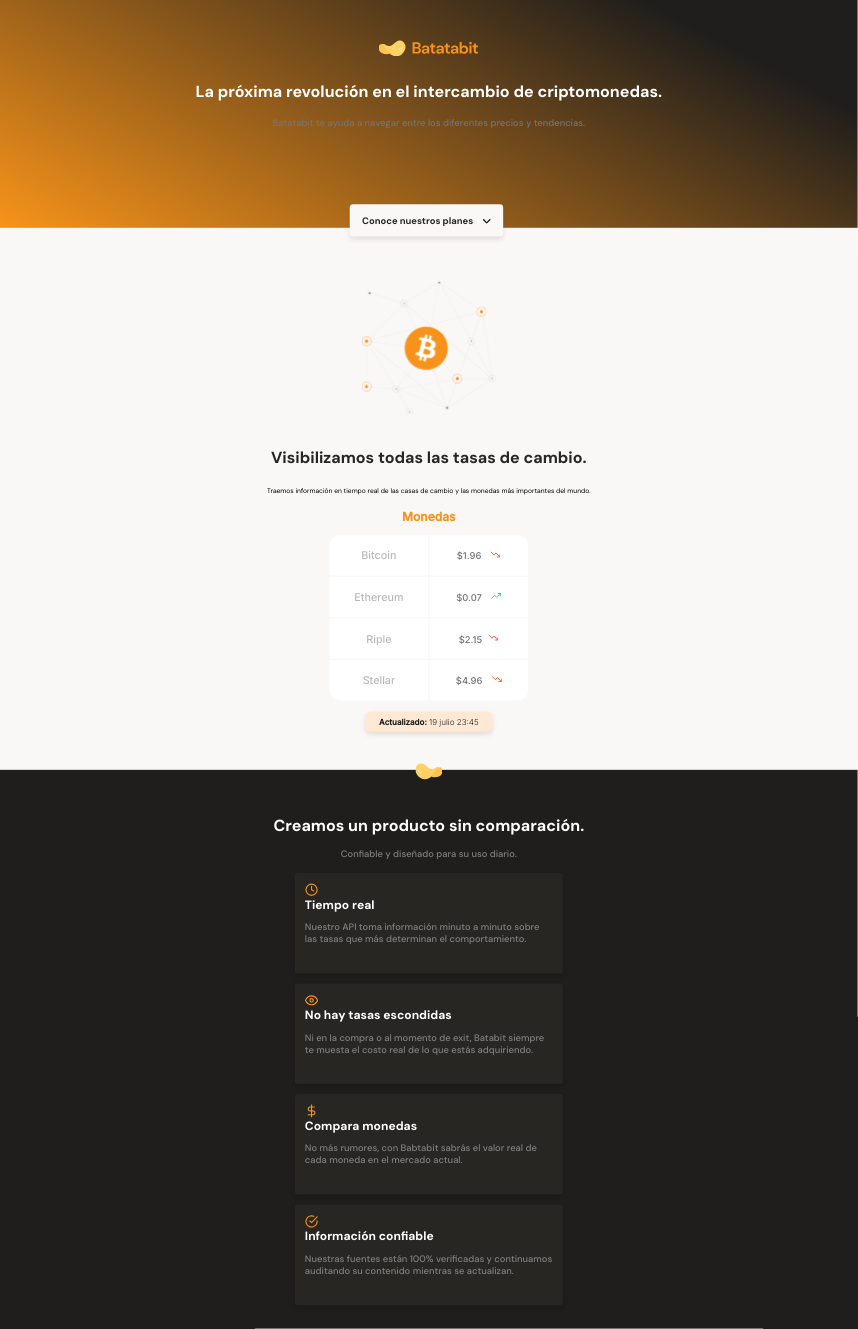
Repository: elto82/mobileFirst
Page: index.html
These files come from the project's save history. The page is drawn as it stood at one moment and after the next save; the edit follows.
The browser window is 1280 px wide. The pictures show the whole page, at 67% of full size.
Some web fonts or font styles are not loaded; a fallback is used.

Above is the page before, as saved 2022-06-08 18:57:42.

### index.html
<!DOCTYPE html>
<html lang="en">
  <head>
    <meta charset="UTF-8" />
    <meta http-equiv="X-UA-Compatible" content="IE=edge" />
    <meta name="viewport" content="width=device-width, initial-scale=1.0" />
    <link rel="preconnect" href="https://fonts.googleapis.com" />
    <link rel="preconnect" href="https://fonts.gstatic.com" crossorigin />
    <link
      href="https://fonts.googleapis.com/css2?family=DM+Sans:wght@400;500;700&family=Inter:wght@300;500&family=Poppins:ital,wght@0,300;1,400;1,600&family=Quicksand:wght@300;500;700&family=Roboto:wght@400;700&family=Rubik+Beastly&display=swap"
      rel="stylesheet"
    />
    <link rel="stylesheet" href="./style.css">
    <title>Document</title>
  </head>
  <body>
    <header>
        <img src="./assets/img/logo.svg" alt="">
        <div class="header-title-container">
            <h1>La próxima revolución en el intercambio de criptomonedas.</h1>
            <p>Batatabit te ayuda a navegar entre los diferentes precios y tendencias.  </p>
            <a href="" class="header-button">Conoce nuestros planes <span></span></a>
        </div>
    </header>
    <main>
      <section class="main-exchange-container">
          <div class="backgroundImg"></div>
          <div class="main-exchange-conintainer--title">
            <h2>Visibilizamos todas las tasas de cambio.</h2>
            <p>Traemos información en tiempo real de las casas de cambio y las monedas más importantes del mundo.</p>
          </div>
          <section class="main-tables-container">
              <div class="main-currency-table">
                <p class="currency-table--title">Monedas</p>
                <div class="currency-table--container">
                  <table>
                    <tr>
                      <td class="table__top-left">Bitcoin</td>
                      <td class="table__top-right table__right" >$1.96 <span class="down"></span></td>
                    </tr>
                    <tr>
                      <td>Ethereum</td>
                      <td class="table__right">$0.07 <span class="up"></span></td>
                    </tr>
                    <tr>
                      <td>Riple</td>
                      <td class="table__right">$2.15<span class="down"></span></td>
                    </tr>
                    <tr>
                      <td class="table__bottom-left">Stellar</td>
                      <td class="table__botton-right table__right">$4.96 <span class="down"></span></td>
                    </tr>
                  </table>
                </div>
                <div class="currency-table--date">
                  <p><b> Actualizado:</b> 19 julio 23:45</p>
                </div>
              </div>
          </section>
      </section>

      <section class="main-product-detail">
        <span class="product-detail--batata-logo"></span>
        <div class="product-detail--title">
          <h2>Creamos un producto sin comparación.</h2>
          <p>Confiable y diseñado para su uso diario.</p>
        </div>
        <section class="product-cards--container">
          <article class="product-detail--card">
            <span class="clock"></span>
            <p class="product--card-title">Tiempo real</p>
            <p class="product--card-body">Nuestro API toma información minuto a minuto sobre las tasas que más determinan el comportamiento.</p>
          </article>
          <article class="product-detail--card">
            <span class="eye"></span>
            <p class="product--card-title">No hay tasas escondidas</p>
            <p class="product--card-body">Ni en la compra o al momento de exit, Batabit siempre te muesta el costo real de lo que estás adquiriendo.</p>
          </article>
          <article class="product-detail--card">
            <span class="money"></span>
            <p class="product--card-title">Compara monedas</p>
            <p class="product--card-body">No más rumores, con Babtabit sabrás el valor real de cada moneda en el mercado actual.</p>
          </article>
          <article class="product-detail--card">
            <span class="ok"></span>
            <p class="product--card-title">Información confiable</p>
            <p class="product--card-body">Nuestras fuentes están 100% verificadas y continuamos auditando su contenido mientras se actualizan.</p>
          </article>
        </section>
      </section>
      <section>

      </section>
      <section></section>
    </main>
    <footer></footer>
  </body>
</html>

### style.css
/*
1. Posicionamiento
2. Modelo de caja (box model)
3. Tipografia
4.Visuales
5. Otros
*/
:root{
    /* colores */
    --bitcoin-orange:#f7931a;
    --soft-orange: #ffe9d5;
    --secondary-blue:#1a9af7;
    --soft-blue: #e7f5ff;
    --warm-black: #201e1c;
    --black:#282623;
    --grey:#bababa;
    --off-white:#faf8f7;
    --just-white:#fff;

}
*{
    box-sizing: border-box;
    margin: 0;
    padding: 0;
}
html{
    font-size: 62.5%;
    font-family: 'DM Sans', sans-serif;;
}
header{
    position: relative;
    display: flex;
    flex-direction: column;
    justify-content: center;
    width: 100%;
    min-width: 32rem;
    height: 34rem;
    text-align: center;
    background: linear-gradient(207.8deg, #201e1c 16.69%, #f7931a 100%);
}
header img{
    width: 15rem;
    height: 2.4rem;
    margin-top: 6rem;
    align-self: center;
}
.header-title-container{
    width: 90%;
    min-width: 28.8rem;
    max-width: 90rem;
    height: 21.8rem;
    margin-top: 4rem;
    text-align: center;
    align-self: center;
}
.header-title-container h1{
    font-size: 2.4rem;
    font-weight: bold;
    line-height: 2.6rem;
    color: var(--just-white);
}
.header-title-container p{
    margin-top: 2.5rem;
    font-size: 1.4rem;
    font-weight: 500;
    line-height: 1.8rem;
    color: var(--soft-orange);
}
.header-title-container .header-button{
    position: absolute;
    left: calc(50% - 11.8rem);
    top: 27rem;
    display: block;
    margin-top: 3.5rem;
    padding: 1.5rem;
    width: 22.9rem;
    height: 4.8rem;
    background-color: var(--off-white);
    box-shadow: 0px 4px 8px rgba(89, 73, 30, 0.16);
    border: none;
    border-radius: 0.5rem;
    font-size: 1.4rem;
    font-weight: bold;
    text-decoration: none;
    color: var(--black);
}
.header-button span{
    display: inline-block;
    width: 1.3rem;
    height: 0.8rem;
    margin-left: 1rem;
    background-image: url('./assets/icons/down-arrow.svg');
}
main{
    width: 100%;
    height: auto;
    background-color: var(--off-white);
}
.main-exchange-container{
    width: 100%;
    height: auto;
    padding-top: 8rem;
    padding-bottom: 3rem;
    text-align: center;
}
.main-exchange-conintainer--title{
    width: 90%;
    min-width: 28.8rem;
    max-width: 90rem;
    margin: 0 auto;
}
.main-exchange-container .backgroundImg{
    width: 20rem;
    height: 20rem;
    margin: 0 auto;
    margin-bottom: 5rem;
    background-image: url('./assets/img/Bitcoin.svg');
    background-size: cover;
    background-position: center;
    background-repeat: no-repeat;
}
.main-exchange-container h2{
    margin-bottom: 3rem;
    font-size: 2.4rem;
    font-weight: bold;
    line-height: 2.6rem;
    color: var(--black);
}
.header-title-container p{
    margin-bottom: 3rem;
    font-size: 1.4rem;
    font-weight: 500;
    line-height: 1.6rem;
    color: #757575;
}
.main-currency-table{
    width: 70%;
    min-width: 23.5rem;
    max-width: 50re;
    height: 36rem;
    margin: 0 auto;
    font-family: 'Inter', 'sans-serif';
}
.main-currency-table .currency-table--title{
    margin-top: 2rem;
    margin-bottom: 1.5rem;
    font-size: 1.8rem;
    font-weight: bold;
    line-height: 2.3rem;
    color: var(--bitcoin-orange);
}
.currency-table--container{
    width: 90%;
    min-width: 23rem;
    max-width: 30rem;
    height: 25rem;
    margin: 0 auto;
}
.currency-table--container table{
    width: 100%;
    height: 100%;
}
.currency-table--container td{
    width: 50%;
    font-size: 1.6rem;
    font-weight: 500;
    line-height: 1.9rem;
    color: var(--grey);
    background-color: var(--just-white);
}
.currency-table--container .table__top-left{
    border-radius: 1.5rem 0 0 0;
}
.currency-table--container .table__top-right{
    border-radius: 0 1.5rem 0 0;
}
.currency-table--container .table__bottom-left{
    border-radius: 0 0 0 1.5rem;
}
.currency-table--container .table__botton-right{
    border-radius: 0 0 1.5rem 0;
}
.currency-table--container .table__right{
    font-size: 1.4rem;
    font-weight: normal;
    line-height: 1.7rem;
    color: #757575;
}
.currency-table--container .down{
    display: inline-block;
    width: 1.5rem;
    height: 1.5rem;
    margin-left: 1rem;
    background-image: url('./assets/icons/trending-down.svg');
    background-size: cover;
    background-position: center;
    background-repeat: no-repeat;
}
.currency-table--container .up{
    display: inline-block;
    width: 1.5rem;
    height: 1.5rem;
    margin-left: 1rem;
    background-image: url('./assets/icons/trending-up.svg');
    background-size: cover;
    background-position: center;
    background-repeat: no-repeat;
}
.currency-table--date{
    width: 19rem;
    height: 3rem;
    margin: 0 auto;
    margin-top: 1.5rem;
    padding: 0.8rem;
    background-color: var(--soft-orange);
    border-radius: 0.8rem;
    box-shadow: 0px 4px 8px rgba(89, 73, 30, 0.16);
}
.currency-table--date p{
    font-weight: 300;
    font-size: 1.2rem;
    line-height: 1.5rem;
    color: var(--warm-black);
}
.main-product-detail{
    position: relative;
    width: 100%;
    min-width: 32rem;
    height: auto;
    padding: 2rem 1rem;
    background-color: var(--warm-black);
}
.product-detail--batata-logo{
    position: absolute;
    width: 4rem;
    height: 2.5rem;
    top: -1rem;
    left: calc(50% - 2rem);
    background-image: url('./assets/icons/batata.svg');

}
.product-detail--title{
    width: 90%;
    min-width: 28.8rem;
    height: auto;
    margin: 0 auto;
    margin-top: 5rem;
    text-align: center;
}
.product-detail--title h2{
    margin-bottom: 2rem;
    font-size: 2.4rem;
    font-weight: bold;
    line-height: 2.6rem;
    color: var(--just-white);
}
.product-detail--title p{
    margin-bottom: 2rem;
    font-size: 1.4rem;
    font-weight: 500;
    line-height: 1.8rem;
    color: #808080;
}
.product-detail--card{
    width: 90%;
    min-width: 28.8rem;
    max-width: 40rem;
    min-height: 15rem;
    margin: 1.5rem auto;
    padding: 1.5rem;
    background-color: var(--black);
    border-radius: 0.5rem;
    box-shadow: 0 4px 8px rgba(0, 0, 0, 0.16);
}
.product-detail--card .clock{
    display: inline-block;
    width: 2rem;
    height: 2rem; ;
    background-image: url('./assets/icons/clock.svg');
    background-size: cover;
    background-position: center;
    background-repeat: no-repeat;
}
.product-detail--card .eye{
    display: inline-block;
    width: 2rem;
    height: 2rem; ;
    background-image: url('./assets/icons/eye.svg');
    background-size: cover;
    background-position: center;
    background-repeat: no-repeat;
}
.product-detail--card .money{
    display: inline-block;
    width: 2rem;
    height: 2rem; ;
    background-image: url('./assets/icons/dollar-sign.svg');
    background-size: cover;
    background-position: center;
    background-repeat: no-repeat;
}
.product-detail--card .ok{
    display: inline-block;
    width: 2rem;
    height: 2rem; ;
    background-image: url('./assets/icons/check-circle.svg');
    background-size: cover;
    background-position: center;
    background-repeat: no-repeat;
}
.product--card-title{
    margin-bottom: 1.5rem;
    font-size: 1.8rem;
    font-weight: bold;
    line-height: 1.8rem;
    color: var(--just-white);
}
.product--card-body{
    font-size: 1.4rem;
    font-weight: 500;
    line-height: 1.8rem;
    color: #808080;
}

After the next save:
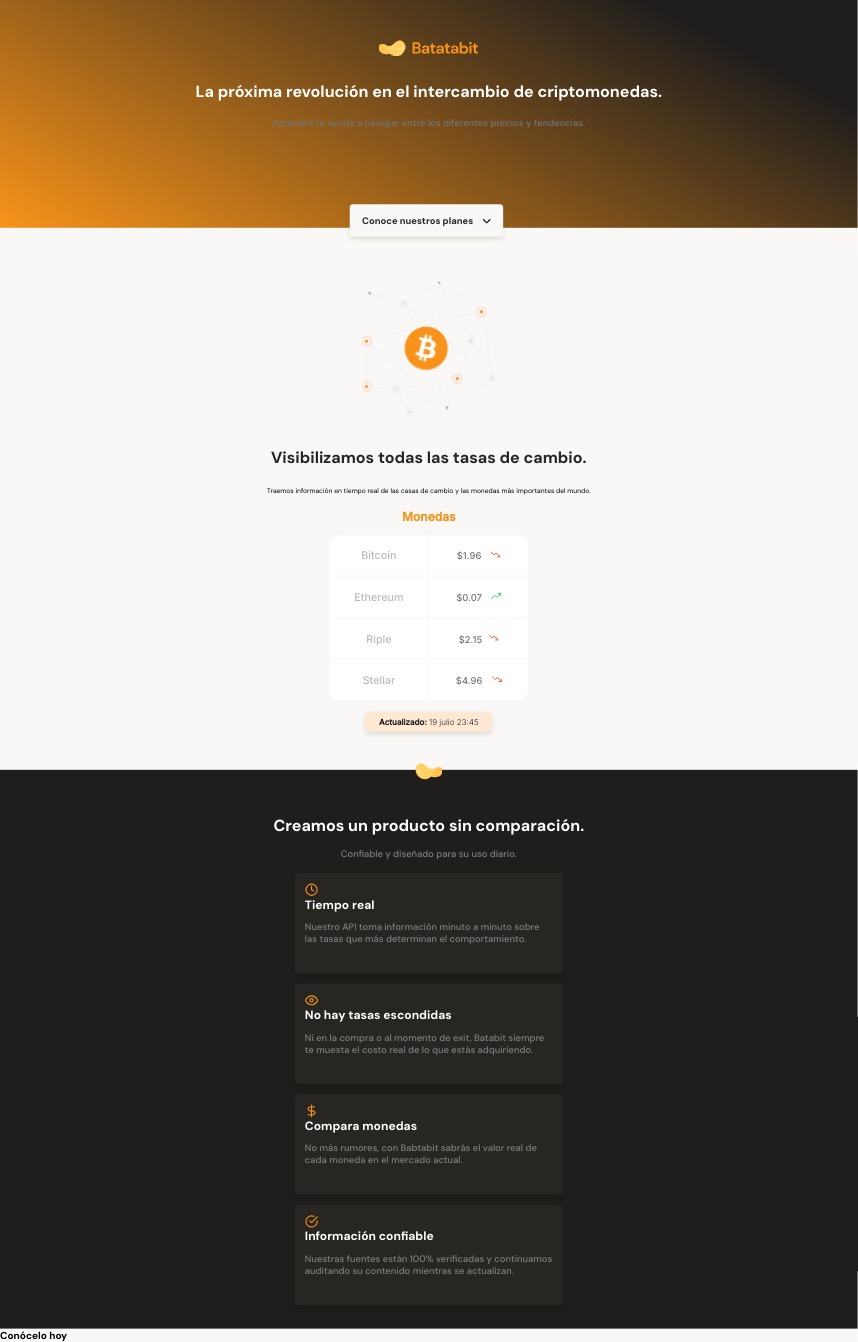
Saved 20 s later.
--- a/index.html
+++ b/index.html
@@ -89,7 +89,7 @@
         </section>
       </section>
       <section>
-
+        <h2>Conócelo hoy</h2>
       </section>
       <section></section>
     </main>
